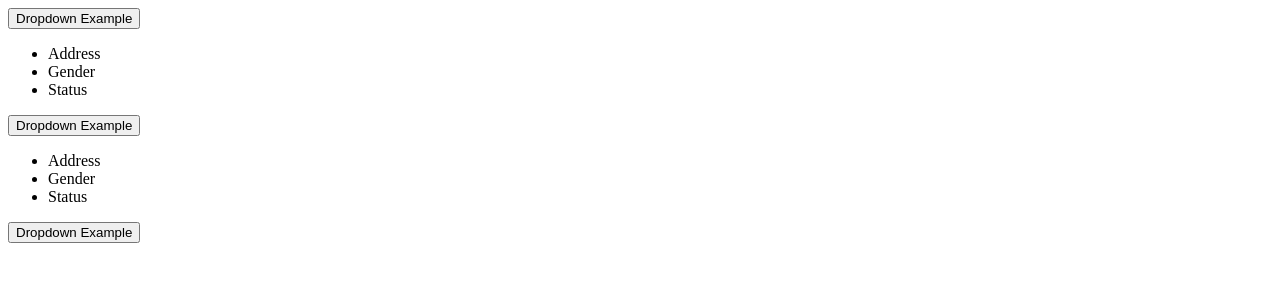
Repository: gpdigital/honeypot
Page: honeypot/WebContent/WEB-INF/views/fragment/basic_info_menu.html
The author's editor kept a copy of each file at every save. The page is drawn from the files as they stood at one save, then again after the next save.
The browser window is 1280 px wide. The pictures show the whole page.

Above is the page before, as saved 2016-06-16 07:35:48.

After the next save:
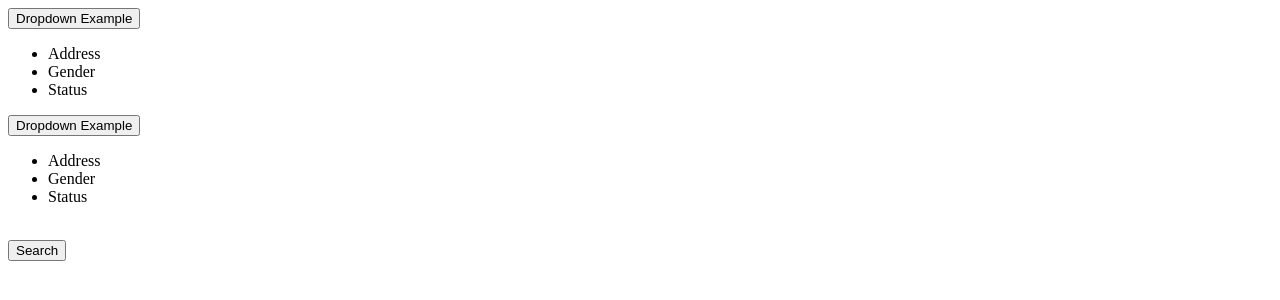
Saved 10 min 41 s later.
--- a/honeypot/WebContent/WEB-INF/views/fragment/basic_info_menu.html
+++ b/honeypot/WebContent/WEB-INF/views/fragment/basic_info_menu.html
@@ -1,4 +1,4 @@
-  <div class="dropdown">
+  <span class="dropdown">
     <button id="col1Basic" class="btn btn-primary dropdown-toggle" type="button" data-toggle="dropdown">Dropdown Example
     <span class="caret"></span></button>
     <ul class="dropdown-menu">
@@ -6,8 +6,8 @@
       <li><a onclick="javascript:col1Change('Gender','9')">Gender</a></li>
       <li><a onclick="javascript:col1Change('Status','10')">Status</a></li>
     </ul>
-  </div>
-    <div class="dropdown">
+  </span>
+    <span class="dropdown">
     <button id="col2Basic" class="btn btn-primary dropdown-toggle" type="button" data-toggle="dropdown">Dropdown Example
     <span class="caret"></span></button>
     <ul class="dropdown-menu">
@@ -15,6 +15,5 @@
       <li><a onclick="javascript:col2Change('Gender','9')">Gender</a></li>
       <li><a onclick="javascript:col2Change('Status','10')">Status</a></li>
     </ul>
-  </div>
-  <button onclick="javascript:basicInfo()" class="btn btn-primary dropdown-toggle" type="button" data-toggle="dropdown">Dropdown Example
-   <span class="caret"></span></button>
+  </span><br>
+   <button onclick="javascript:basicInfo()" type="button" class="btn btn-primary">Search</button>
